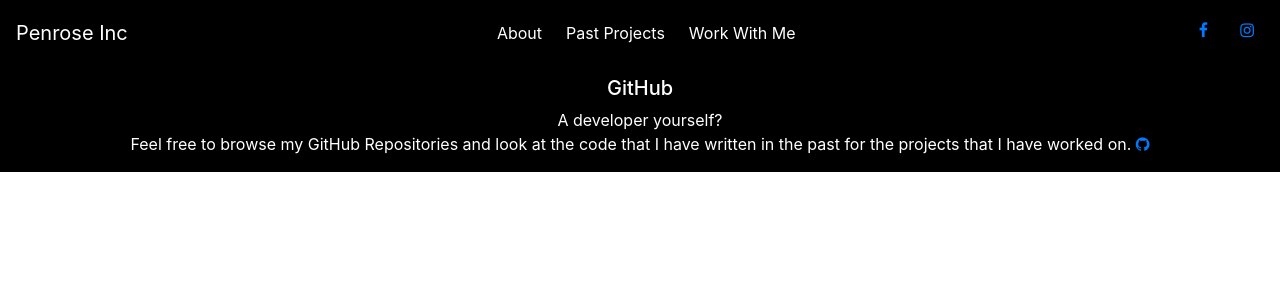
Repository: mrwillpenrose/penrose-inc
Page: index.html
The author's editor kept a record of every edit. The page is drawn from the files as they stood at one moment, then again after the next edit.
The browser window is 1280 px wide. The pictures show the whole page.
Some web libraries are served in a nearby version.

Above is the page before.

### index.html
<!DOCTYPE html>
<html lang="en">

<head>
    <meta charset="UTF-8">
    <meta name="viewport" content="width=device-width, initial-scale=1.0">
    <meta http-equiv="X-UA-Compatible" content="ie=edge">
    <title>Pernose Inc</title>
    <link rel="stylesheet" href="https://maxcdn.bootstrapcdn.com/bootstrap/4.0.0/css/bootstrap.min.css" integrity="sha384-Gn5384xqQ1aoWXA+058RXPxPg6fy4IWvTNh0E263XmFcJlSAwiGgFAW/dAiS6JXm" crossorigin="anonymous">
    <link rel="stylesheet" href="https://stackpath.bootstrapcdn.com/font-awesome/4.7.0/css/font-awesome.min.css" type="text/css" />
    <link rel="stylesheet" href="css/style.css" type="text/css" />
</head>

<body>

    <!------------------NAV------------------------>


    <nav class="navbar navbar-expand-md navbar-dark bg-custom">
        <a href="index.html" class="navbar-brand">Penrose Inc</a>
        <button class="navbar-toggler" data-toggle="collapse" data-target="#navbarMenu">
                <span class="navbar-toggler-icon"></span>
            </button>
        <div class="collapse navbar-collapse" id="navbarMenu">
            <ul class="navbar-nav mx-auto">
                <li class="list-inline-item">
                    <a href="#" class="nav-link">About</a>
                </li>
                <li class="list-inline-item">
                    <a href="#" class="nav-link">Past Projects</a>
                </li>
                <li class="list-inline-item">
                    <a href="#" class="nav-link">Work With Me</a>
                </li>
            </ul>
            <ul class="social">
                <li class="list-inline-item">
                    <a href="#" class="nav-link" target="_blank">
                        <i class="fa fa-facebook social-icon" aria-hidden="true"></i>
                        <span class="sr-only">Facebook</span>
                    </a>
                </li>
                <li class="list-inline-item">
                    <a href="#" class="nav-link" target="_blank">
                        <i class="fa fa-instagram social-icon" aria-hidden="true"></i>
                        <span class="sr-only">Instagram</span>
                    </a>
                </li>
            </ul>
        </div>
    </nav>
    <!-----------------------MAIN CONTENT---------------->



    <!----------------------FOOTER----------------------->

    <footer class="container-fluid">
        <div class="row">
            <div class="col-sm-12">
                <h4 class="github">GitHub</h4>
                <p class="github-paragraph">
                    A developer yourself?<br>
                    Feel free to browse my GitHub Repositories and look at the code that I have written in the past for the projects that I have worked on.
                    <a href="#" target="_blank">
                        <i class="fa fa-github" aria-hidden="true"></i>
                        <span class="sr-only">GitHub</span>
                    </a>
                </p>
            </div>
        </div>
    </footer>


    <script src="https://code.jquery.com/jquery-3.2.1.slim.min.js" integrity="sha384-KJ3o2DKtIkvYIK3UENzmM7KCkRr/rE9/Qpg6aAZGJwFDMVNA/GpGFF93hXpG5KkN" crossorigin="anonymous"></script>
    <script src="https://cdnjs.cloudflare.com/ajax/libs/popper.js/1.12.9/umd/popper.min.js" integrity="sha384-ApNbgh9B+Y1QKtv3Rn7W3mgPxhU9K/ScQsAP7hUibX39j7fakFPskvXusvfa0b4Q" crossorigin="anonymous"></script>
    <script src="https://maxcdn.bootstrapcdn.com/bootstrap/4.0.0/js/bootstrap.min.js" integrity="sha384-JZR6Spejh4U02d8jOt6vLEHfe/JQGiRRSQQxSfFWpi1MquVdAyjUar5+76PVCmYl" crossorigin="anonymous"></script>
</body>

</html>

### css/style.css
body {
    padding: 0;
    margin: 0;
}

/* ----------------------------- MEDIA QUERIES ------------------------*/

@media (max-width: 768px) {
    .social {
        padding: 0;
    }
}




/* ----------------------------- NAV ------------------------*/

.bg-custom {
    background-color: #000;
}

.navbar .navbar-nav li a {
    color: #fff !important;
}

.nav-link {
    text-align: center;
}


.social {
    text-align: center;
}


.social .nav-link {
    padding-top: 10px;
    padding-bottom: 0px;
    padding-left: 10px;
    padding-right: 10px;
}

.font-awesome-icon {
    font-size: 25px;
    color: #fff;
    text-align: center;
    -webkit-transition: ease-in-out 0.2s;
    -moz-transition: ease-in-out 0.2s;
    -o-transition: ease-in-out 0.2s;
}

.font-awesome-icon:hover {

    font-size: 40px;
    color: #FF0000;
}


/* ----------------------------- FOOTER ------------------------*/

footer {
    padding: 0;
    margin: 0;
    background-color: #000;
}

.github {
    font-size: 20px;
    text-align: center;
    padding: 10px 0px 0px 0px;
    color: #fff;
}

.github-paragraph {
    text-align: center;
    font-size: 16px;
    color: #fff;
}

.github .font-awesome-icon {
    display: block;
    padding-top: 20px;
}

After the next edit:
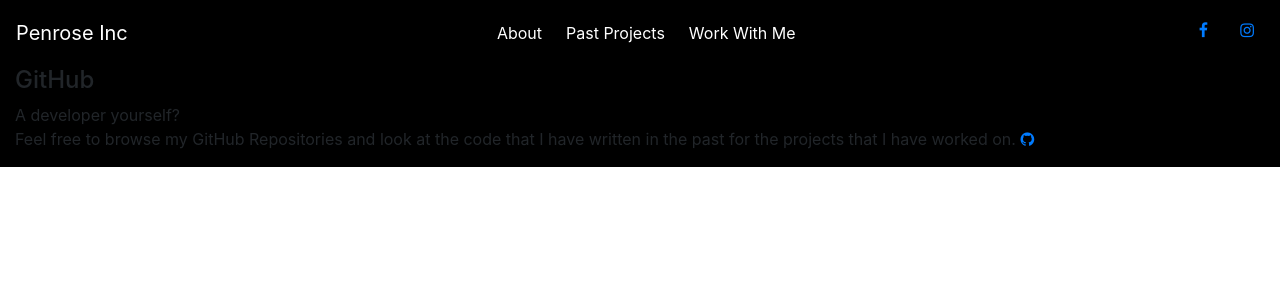
The edit:
--- a/css/style.css
+++ b/css/style.css
@@ -64,21 +64,3 @@
     margin: 0;
     background-color: #000;
 }
-
-.github {
-    font-size: 20px;
-    text-align: center;
-    padding: 10px 0px 0px 0px;
-    color: #fff;
-}
-
-.github-paragraph {
-    text-align: center;
-    font-size: 16px;
-    color: #fff;
-}
-
-.github .font-awesome-icon {
-    display: block;
-    padding-top: 20px;
-}
